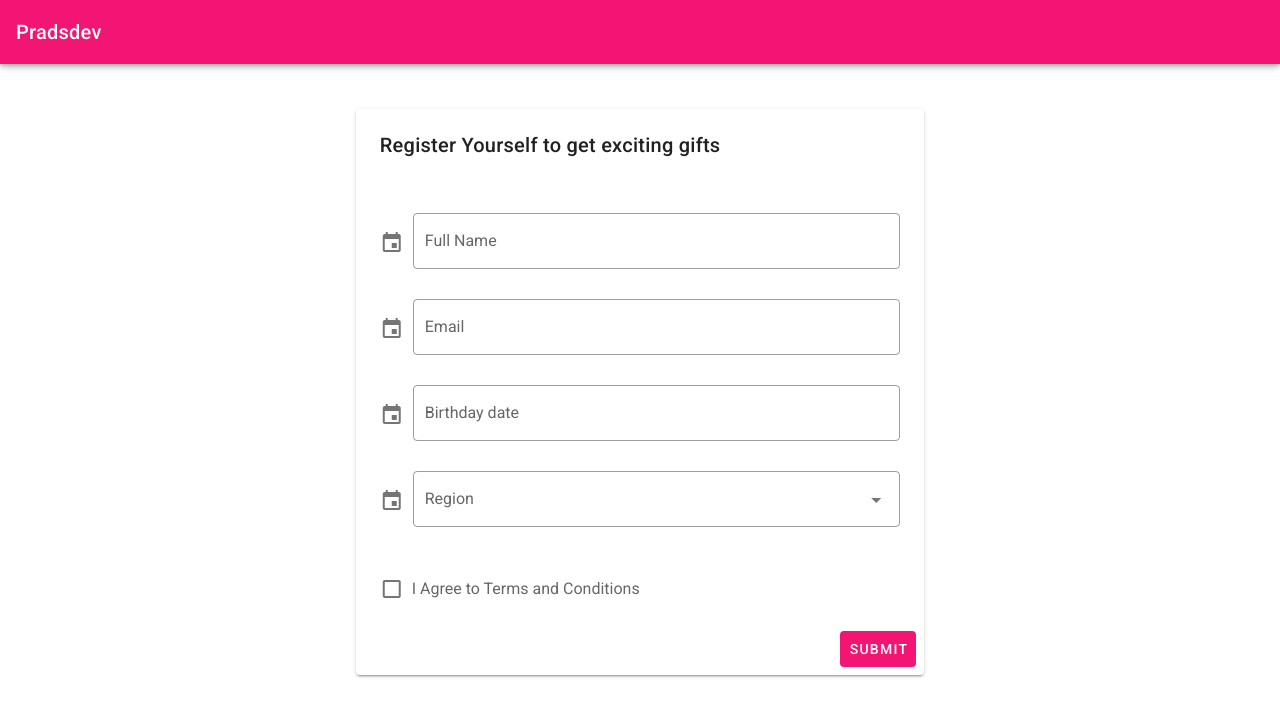
Repository: pradsdev/vue-form-validate
Page: /
The author's editor kept a copy of each file at every save. The page is drawn from the files as they stood at one save, then again after the next save.
The browser window is 1280 px wide. The pictures show the whole page.
The project was rebuilt for these pictures with package versions that can differ from the ones it lists, and the page was loaded fresh each time. Also part of the build but not shown: vue.config.js.

Above is the page before, as saved 2020-12-21 23:31:39.

After the next save:
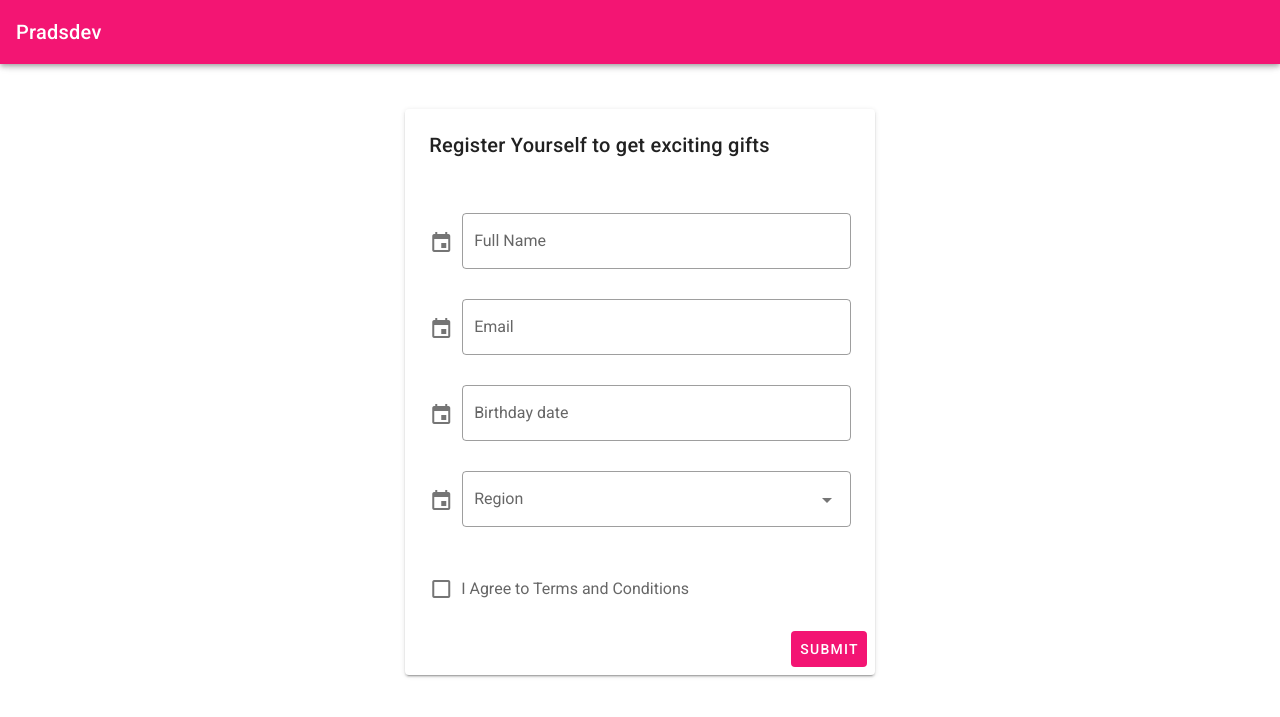
Saved 46 s later.
--- a/src/components/Form.vue
+++ b/src/components/Form.vue
@@ -1,7 +1,7 @@
 <template>
   <v-container fill-height>
     <v-row class="text-center justify-center">
-      <v-col cols="6">
+      <v-col cols="5">
         <v-card>
           <v-card-title class="py-5 mx-2">
             Register Yourself to get exciting gifts
